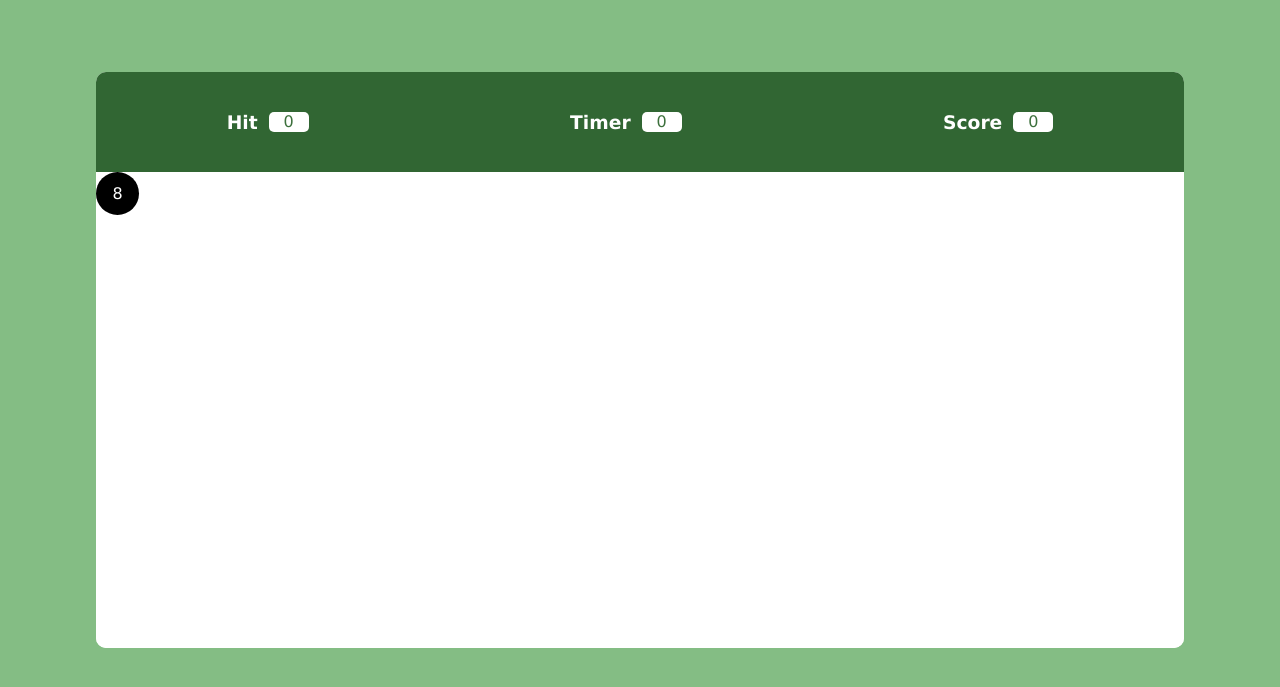
Repository: ketansharma22/BubbleGame
Page: index.html
The author's editor kept a copy of each file at every save. The page is drawn from the files as they stood at one save, then again after a run of saves.
The browser window is 1280 px wide. The pictures show the whole page.

Above is the page before, as saved 2024-02-18 23:14:25.

### index.html
<!DOCTYPE html>
<html lang="en">
<head>
    <meta charset="UTF-8">
    <meta name="viewport" content="width=device-width, initial-scale=1.0">
    <title>BubbleGame</title>
    <link rel="stylesheet" href="styles.css">
</head>
<body>
    <div class="main">
        <div class="show">
            <div class="upper">
                <div class="hit" id="sameee">
                    <h3>Hit</h3>
                    <div class="box">0</div>
                </div>
                <div class="timer" id="sameee">
                    <h3>Timer</h3>
                    <div class="box">0</div>
                </div>
                <div class="score" id="sameee">
                    <h3>Score</h3>
                    <div class="box">0  </div>
                </div>
            </div>

            <div class="lower">
                <div class="bubble">8</div>
            </div>
        </div>
    </div>
</body>
</html>

### styles.css
*{
    margin: 0;
    padding: 0;
    box-sizing: border-box;
    font-family:Verdana, Geneva, Tahoma, sans-serif
}
html,body{
    width: 100%;
    height: 100%;
}
.main{
    display: flex;
    justify-content: center;
    align-items: center;
    width: 100%;
    height: 100%;
    background-color: rgb(132, 189, 132);
}
.show{
    width: 85%;
    height: 80%;
    background-color: #fff;
    border-radius: 10px;
    overflow: hidden;
}
.upper{
    width: 100%;
    height: 100px;
    background-color:rgb(49, 102, 51);
    color: white;
    display: flex;
    align-items: center;
    justify-content: space-around;
}
.box{
    width: 40px;
    background-color: white;
    color:rgb(60, 112, 60);
    display: flex;
    justify-content: center;
    align-items: center;
    height: 20px;
    border-radius: 5px;
}
#sameee{
    display: flex;
    gap: 11px;
}


.lower{
    width: 100%;
    height: calc(100% - 100px);
    background-color: white;
    display: flex;
    flex-wrap: wrap;
}
.bubble{
    width: 43px;
    background-color: black;
    color: white;
    height: 43px;
    border-radius: 50%;
    display: flex;
    justify-content: center;
    align-items: center;
    padding: px;
}

After the next 2 saves:
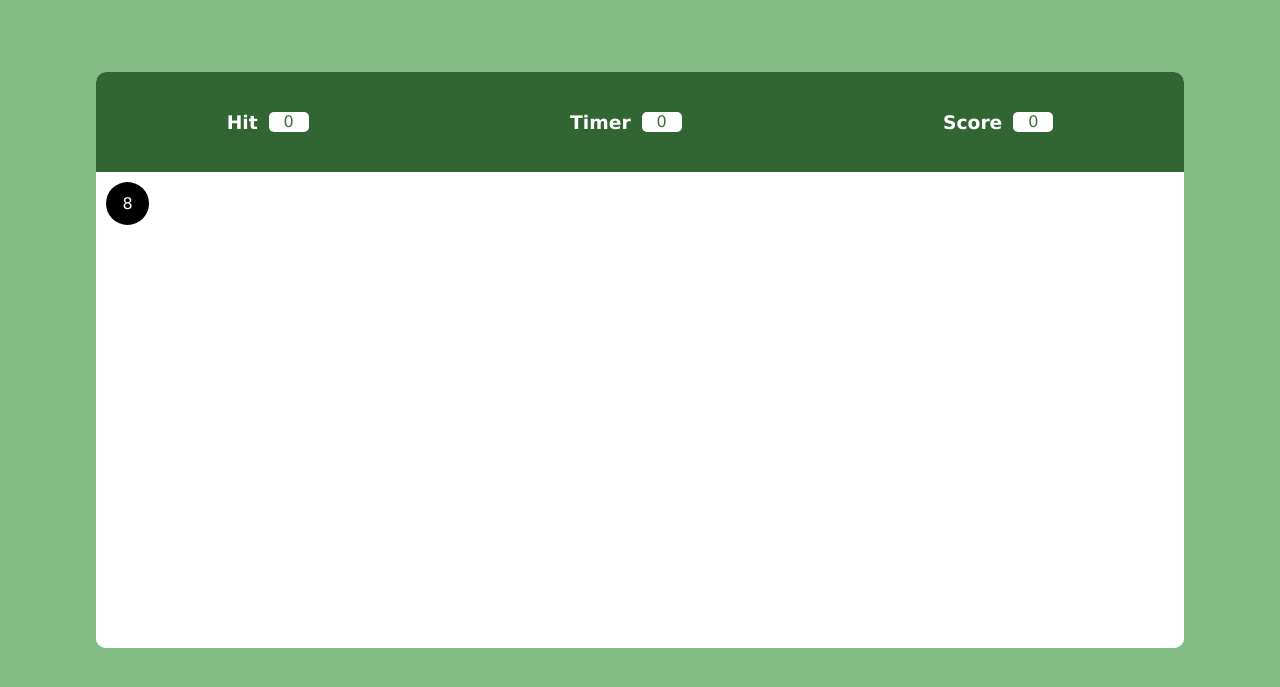
The 2 saves are shown as one change because they came seconds apart.
The last was saved 7 s later.
--- a/styles.css
+++ b/styles.css
@@ -64,5 +64,5 @@ html,body{
     display: flex;
     justify-content: center;
     align-items: center;
-    padding: px;
+    margin: 10px;
 }
